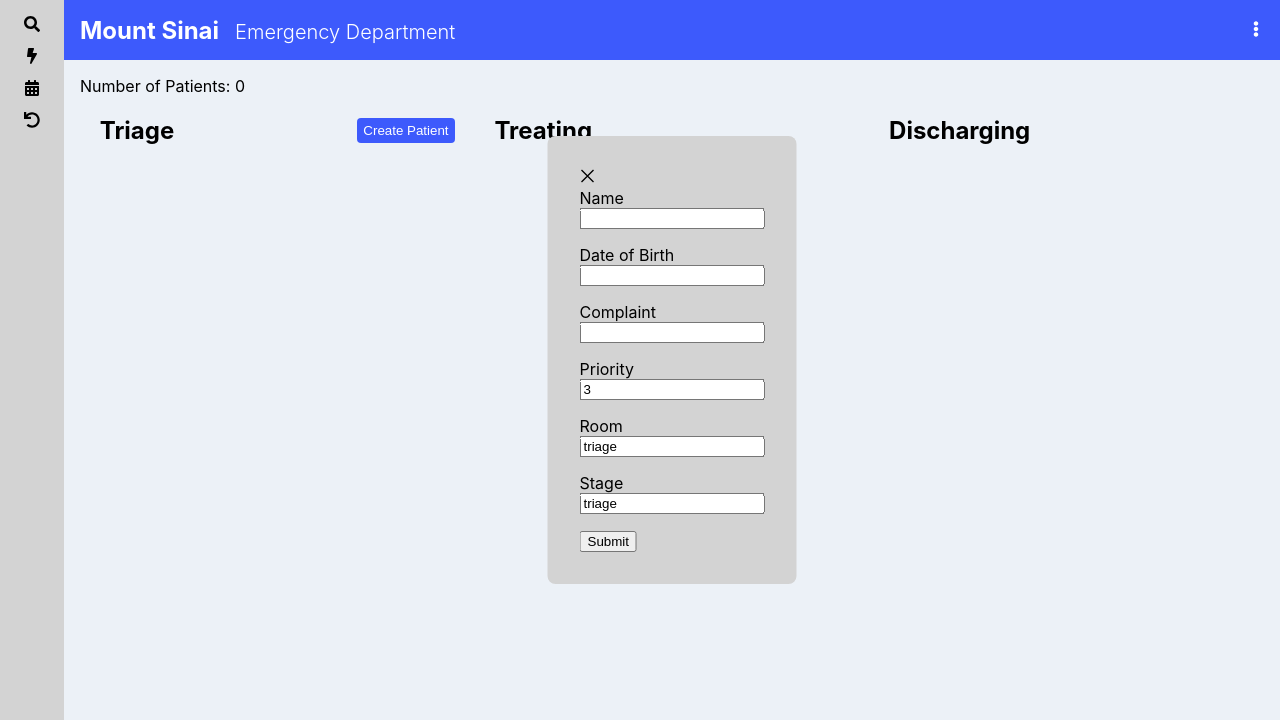
Repository: kosenijr/triage-app
Page: /, after clicking the first element matching `button.App_61351_triage-header-button`
These files come from the project's save history. The page is drawn as it stood at one moment and after the next save; the edit follows.
The browser window is 1280 px wide. The pictures show the whole page.
The page's requests for data from a server got no answer. The project was rebuilt for these pictures with package versions that can differ from the ones it lists, and the page was loaded fresh each time. No one was signed in, and anything a server would have sent is missing. Also part of the build but not shown: src/styles/PatientCard.module.css, src/components/PatientCard.js.

Above is the page before, as saved 2022-11-17 12:48:41.

After the next save:
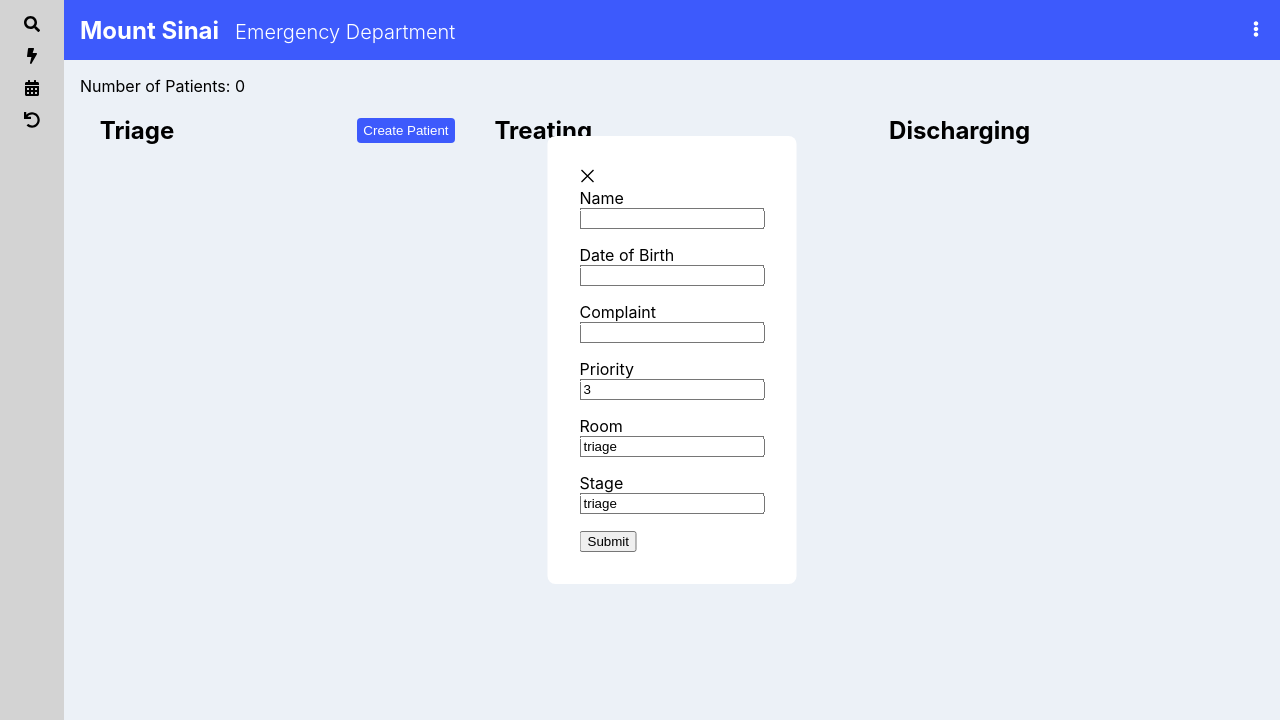
Saved 52 s later.
--- a/src/styles/Modal.module.css
+++ b/src/styles/Modal.module.css
@@ -4,7 +4,7 @@
   left: 50%;
   transform: translate(-50%, -50%);
 
-  background-color: lightgray;
+  background-color: white;
   padding: 2rem;
   border-radius: 0.5rem;
   z-index: 1;
